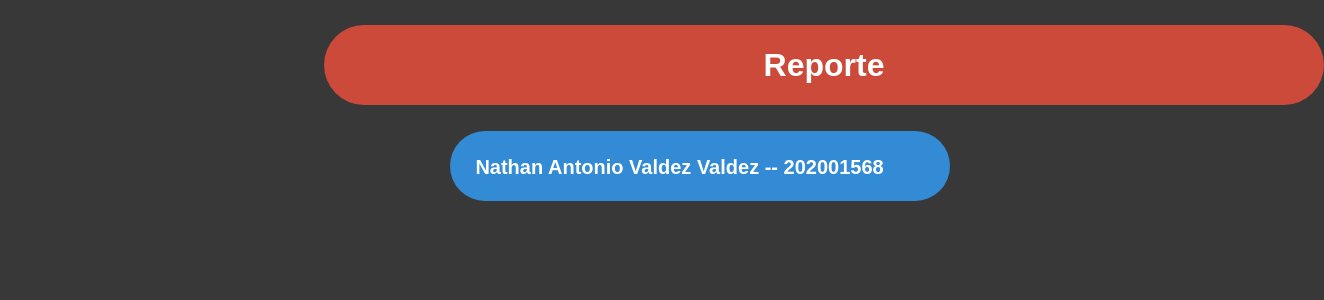
Repository: nathanvdev/LFP_PR_202001568
Page: plantilla.html
These files come from the project's save history. The page is drawn as it stood at one moment and after a run of saves; the edit follows.
The browser window is 1280 px wide. The page is 1324 px wide, so the pictures cover 1324 px, including what lies to the right of the window. The pictures show the whole page.

Above is the page before, as saved 2022-02-19 18:55:32.

### plantilla.html

<!DOCTYPE html>
<html lang="en">
<head>
    <meta charset="UTF-8">
    <meta http-equiv="X-UA-Compatible" content="IE=edge">
    <meta name="viewport" content="width=device-width, initial-scale=1.0">
    <title>Document</title>
</head>
<style>
    body{
        font-family: sans-serif;
    }
    .titlebox{
        background-color: rgb(204, 74, 57);
        height: 80px;
        width: 1000px;
        margin: 2%;
        margin-left: 25%;
        border-radius: 45px;


        display: flex;
        justify-content: center;
    }
    .PersonalInfo{
        background-color: rgb(50, 139, 212);
        height: 70px;
        width: 500px;
        margin: 2%;
        margin-left: 35%;
        border-radius: 45px;

    }
</style>
<body style="background-color: rgb(56, 56, 56);">
    <div class="titlebox">
        <h1 style="color: white;">Reporte</h1>
    </div>
    <div class="PersonalInfo">
        <h3 style="color: white;
        margin: 5%; float: left; font-size: 20px;">
            Nathan Antonio Valdez Valdez  --  202001568
        </h3>
    </div>
</body>
</html>

After the next 2 saves:
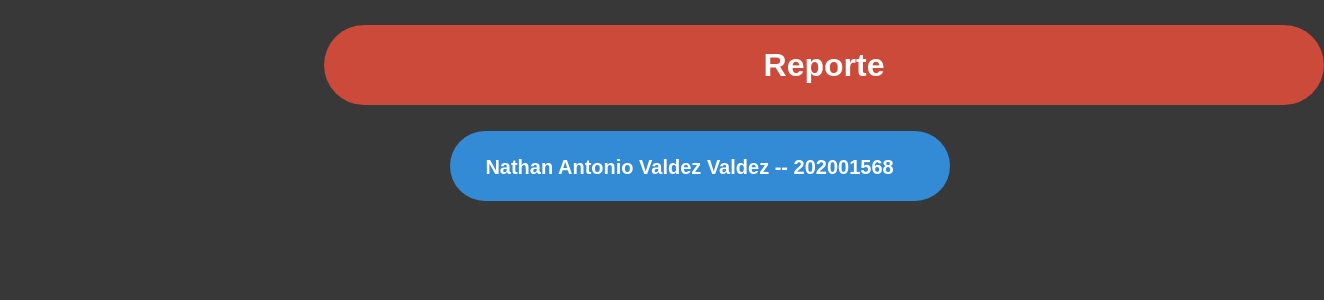
The 2 saves are shown as one change because they came seconds apart.
The last was saved 20 s later.
--- a/plantilla.html
+++ b/plantilla.html
@@ -39,7 +39,7 @@
     </div>
     <div class="PersonalInfo">
         <h3 style="color: white;
-        margin: 5%; float: left; font-size: 20px;">
+        margin: 5%; float: left; font-size: 20px; padding-left: 10px;">
             Nathan Antonio Valdez Valdez  --  202001568
         </h3>
     </div>
